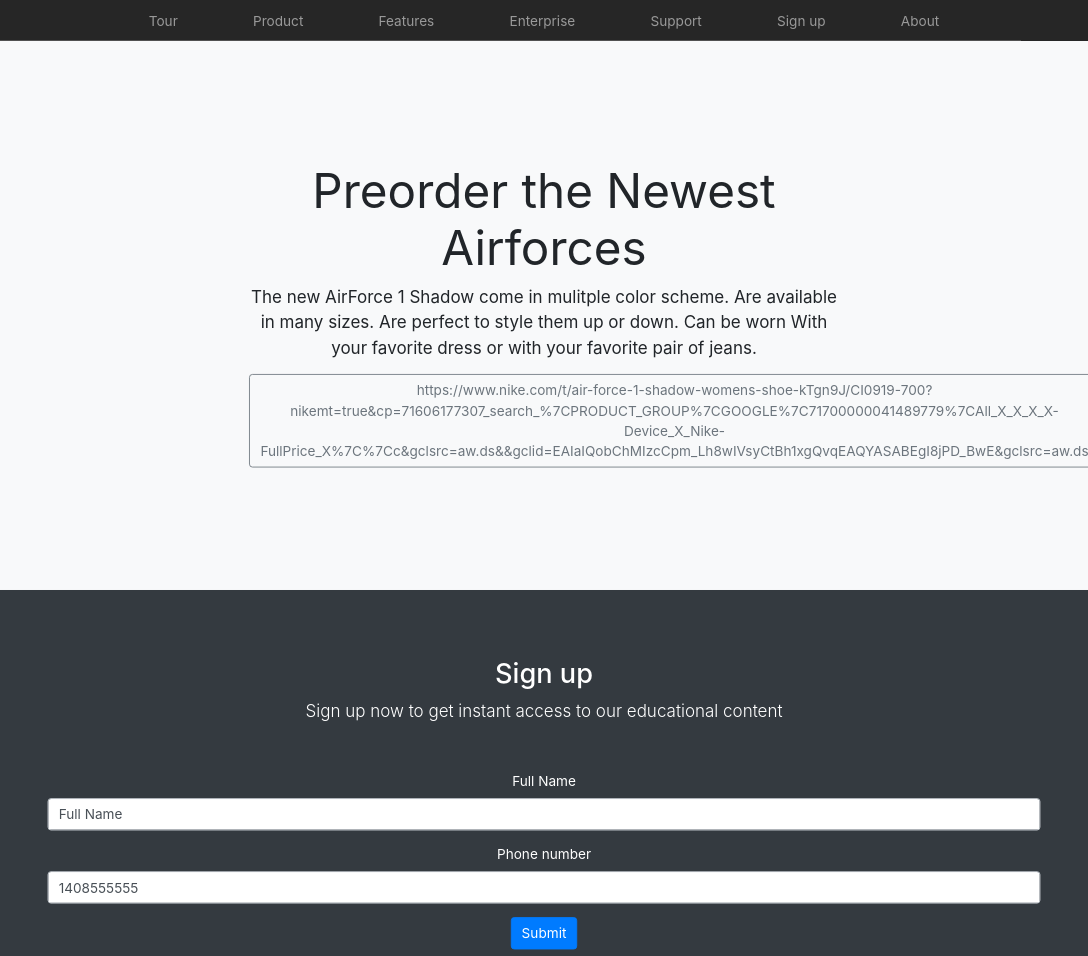
Repository: ksanc097/karlasanchezlagunas-website
Page: LearnCS8-Twilio/index.html
The author's editor kept a record of every edit. The page is drawn from the files as they stood at one moment, then again after the next edit.
The browser window is 1280 px wide. The pictures show the whole page, at 85% of full size.

Above is the page before.

### LearnCS8-Twilio/index.html
<!doctype html>
<html lang="en">
  <head>
    <!-- Required meta tags -->
    <meta charset="utf-8">
    <meta name="viewport" content="width=device-width, initial-scale=1, shrink-to-fit=no">
    <meta name="description" content="This website gets you the ability to get your AirForce for a good price">
    <meta name="Karla Sanchez Lagunas" content="862246744">

    <!-- Bootstrap CSS -->
    <link rel="stylesheet" href="https://stackpath.bootstrapcdn.com/bootstrap/4.5.2/css/bootstrap.min.css" integrity="sha384-JcKb8q3iqJ61gNV9KGb8thSsNjpSL0n8PARn9HuZOnIxN0hoP+VmmDGMN5t9UJ0Z" crossorigin="anonymous">

    <!-- Title of your Website -->
    <title>"AirForce"</title>
    <link href="product.css" rel="stylesheet">
  </head>
  <body>
    <nav class="site-header sticky-top py-1">
    <!-- Top Menu Bar -->
    <div class="container d-flex flex-column flex-md-row justify-content-between">
        <a class="py-2 d-none d-md-inline-block" id="menu-item-1" href="https://www.google.com/">Tour</a>
        <a class="py-2 d-none d-md-inline-block" id="menu-item-2" href="#">Product</a>
        <a class="py-2 d-none d-md-inline-block" id="menu-item-3" href="#">Features</a>
        <a class="py-2 d-none d-md-inline-block" id="menu-item-4" href="#">Enterprise</a>
        <a class="py-2 d-none d-md-inline-block" id="menu-item-5" href="#">Support</a>
        <a class="py-2 d-none d-md-inline-block" id="menu-item-6" href="#">Sign up</a>
        <a class="py-2 d-none d-md-inline-block" id="menu-item-7" href="#">About</a>
    </div>
</nav>
<!-- Main Header Section h1-->
<div class="position-relative overflow-hidden p-3 p-md-5 m-md-0 text-center bg-light">
    <div class="col-md-8 p-lg-5 mx-auto my-5">
        <h1 class="display-4 font-weight-normal">Preorder the Newest Airforces</h1>
        <p class="lead font-weight-normal">The new AirForce 1 Shadow come in mulitple color scheme. Are available in many sizes. Are perfect to style them up or down. Can be worn With your favorite dress or with your favorite pair of jeans.  </p>
        <a class="btn btn-outline-secondary" href="#">https://www.nike.com/t/air-force-1-shadow-womens-shoe-kTgn9J/CI0919-700?nikemt=true&cp=71606177307_search_%7CPRODUCT_GROUP%7CGOOGLE%7C71700000041489779%7CAll_X_X_X_X-Device_X_Nike-FullPrice_X%7C%7Cc&gclsrc=aw.ds&&gclid=EAIaIQobChMIzcCpm_Lh8wIVsyCtBh1xgQvqEAQYASABEgI8jPD_BwE&gclsrc=aw.ds</a>
    </div>
</div>
<!-- Left Tile -->
<div class="d-md-flex flex-md-equal w-100">
    <div class="bg-dark pt-3 px-3 pt-md-5 px-md-5 text-center text-white overflow-hidden">
        <div class="my-3 py-3">
            <h2 class="display-5">Sign up</h2>
            <p class="lead">Sign up now to get instant access to our educational content</p>
        </div>
        <!-- Web form when submitted will send a text message -->
        <form class="p-2" onsubmit="sendTextMessage(); return false;">
            <!-- Full Name Form Field -->
            <div class="form-group">
                <label for="example-first-name">Full Name</label>
                <input type="text" value="Full Name" class="form-control" id="example-first-name" aria-describedby="emailHelp">
            </div>
            <!-- Phone Number Form Field -->
            <div class="form-group">
                <label for="example-tel-input">Phone number</label>
                <input type="tel" class="form-control" value="1408555555" id="example-tel-input">
            </div>
            <!-- JavaScript that handles onSubmit logic -->
            <!-- Configure the XHR request below with your own credentials -->
            <script>
            function sendTextMessage() {
                console.log("Hello world!");
                var xhr = new XMLHttpRequest();
                var accountSID = "ACf02366e8de2cfa7d6f146c0b72061e7c";
                var authToken = "7e8d5ef582b7e9d9676bc9e4a645c376";
                var base64encoded = accountSID + ":" + authToken;
                var params = "To=" + document.getElementById('example-tel-input').value + "&From=" + "8456225713" + "&Body=" + "Hello " + document.getElementById('example-first-name').value + " The best shoes"
                xhr.open("POST", "https://api.twilio.com/2010-04-01/Accounts/" + accountSID + "/Messages.json", true);
                xhr.setRequestHeader('Content-Type', 'application/x-www-form-urlencoded');
                xhr.setRequestHeader('Authorization', 'Basic ' + btoa(base64encoded));
                xhr.send(params);
            }
            </script>
            <!-- Submit button that will execute the sendTextMessage function -->
            <button type="submit" class="btn btn-primary">Submit</button>
        </form>
    </div>
  </body>
</html>

### LearnCS8-Twilio/product.css
.container {
  max-width: 960px;
}

/*
 * Custom translucent site header
 */

.site-header {
  background-color: rgba(0, 0, 0, .85);
  -webkit-backdrop-filter: saturate(180%) blur(20px);
  backdrop-filter: saturate(180%) blur(20px);
}
.site-header a {
  color: #999;
  transition: ease-in-out color .15s;
}
.site-header a:hover {
  color: #fff;
  text-decoration: none;
}

/*
 * Dummy devices (replace them with your own or something else entirely!)
 */

.product-device {
  position: absolute;
  right: 10%;
  bottom: -30%;
  width: 300px;
  height: 540px;
  background-color: #333;
  border-radius: 21px;
  -webkit-transform: rotate(30deg);
  transform: rotate(30deg);
}

.product-device::before {
  position: absolute;
  top: 10%;
  right: 10px;
  bottom: 10%;
  left: 10px;
  content: "";
  background-color: rgba(255, 255, 255, .1);
  border-radius: 5px;
}

.product-device-2 {
  top: -25%;
  right: auto;
  bottom: 0;
  left: 5%;
  background-color: #e5e5e5;
}


/*
 * Extra utilities
 */

.flex-equal > * {
  -ms-flex: 1;
  flex: 1;
}
@media (min-width: 768px) {
  .flex-md-equal > * {
    -ms-flex: 1;
    flex: 1;
  }
}

.overflow-hidden { overflow: hidden; }

After the next edit:
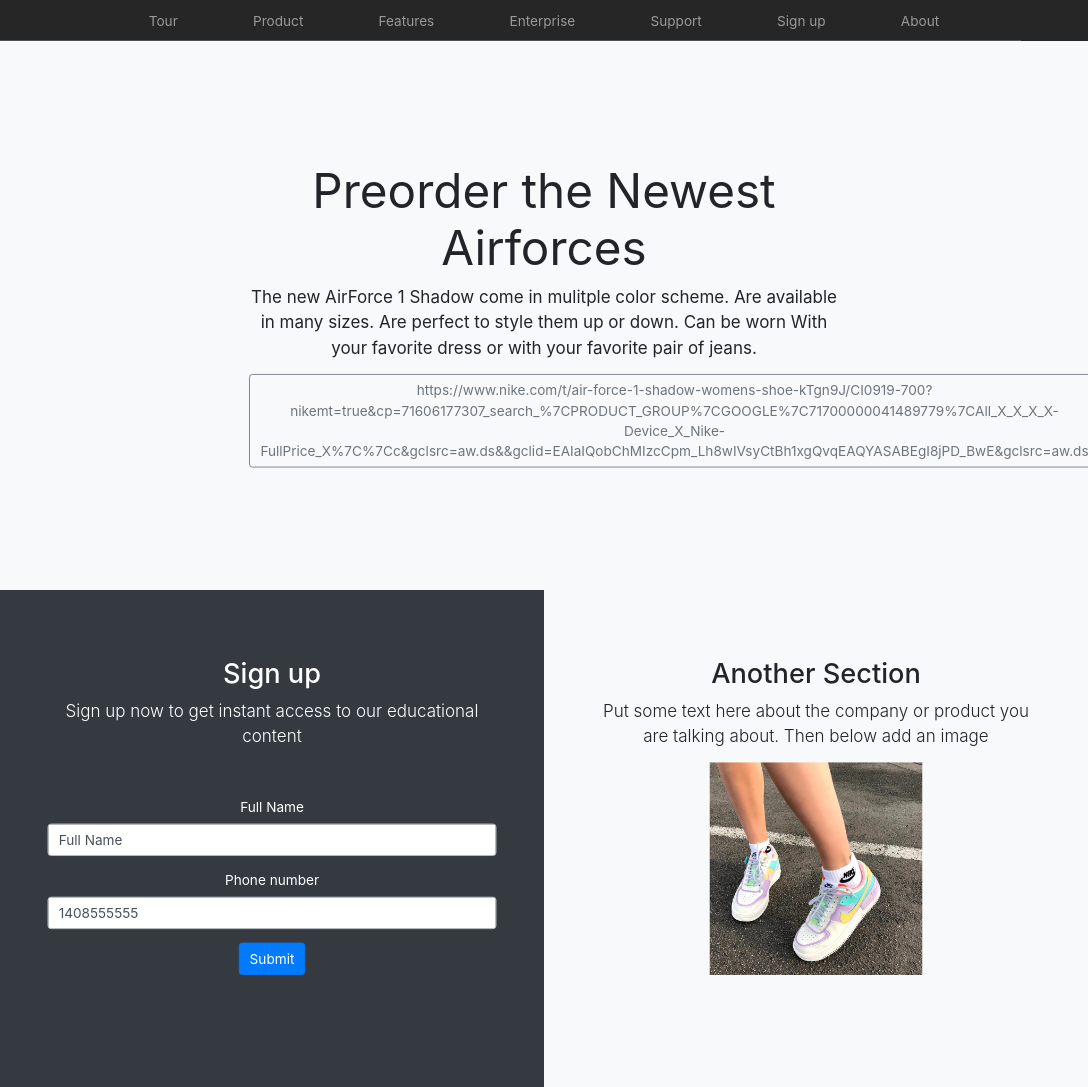
The edit:
--- a/LearnCS8-Twilio/index.html
+++ b/LearnCS8-Twilio/index.html
@@ -74,5 +74,15 @@
             <button type="submit" class="btn btn-primary">Submit</button>
         </form>
     </div>
+    <!-- Right Tile -->
+    <div class="bg-light pt-3 px-3 pt-md-5 px-md-5 text-center overflow-hidden">
+        <div class="my-3 p-3">
+            <h2 class="display-5">Another Section</h2>
+            <p class="lead">Put some text here about the company or product you are talking about. Then below add an image</p>
+            <img class="mx-auto" src="nikeshadow.jpg" height="250px">
+        </div>
+        <div class="mx-auto" style="width: 80%; height: 100px; border-radius: 21px 21px 0 0;"></div>
+    </div>
+</div>
   </body>
 </html>
